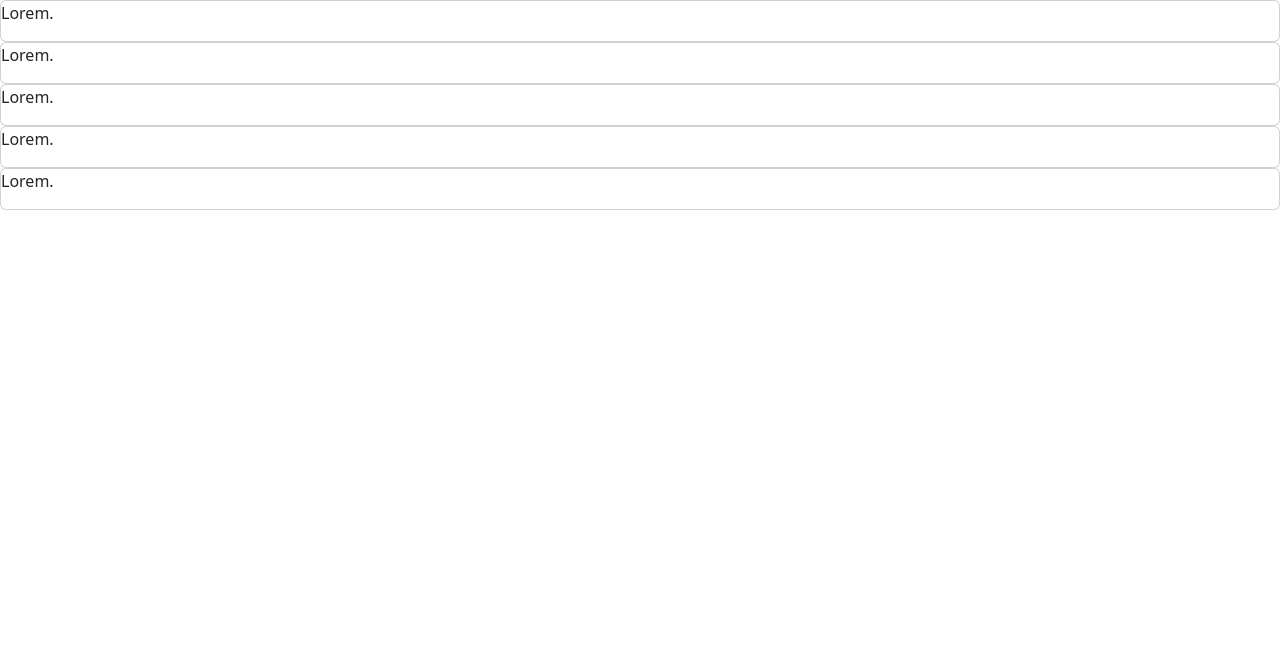
Repository: JJinBBangg/JSP
Page: http://localhost/jsp/ch12/lecture/03forEach/21varStatus.jsp
The author's editor kept a copy of each file at every save. The page is drawn from the files as they stood at one save, then again after the next save.
The browser window is 1280 px wide. The pictures show the whole page.
The page is served by Tomcat 9. Other server files are loaded and not shown.

Above is the page before, as saved 2023-04-05 06:36:13.

### jsp/src/main/webapp/ch12/lecture/03forEach/21varStatus.jsp
<%@ page language="java" contentType="text/html; charset=UTF-8"
    pageEncoding="UTF-8"%>
<%@ page import="java.util.*"%>
<%@ taglib uri="http://java.sun.com/jsp/jstl/core" prefix="c"%>
<!DOCTYPE html>
<html>
<head>
<meta charset="UTF-8">
<meta name="viewport" content="width=device-width, initial-scale=1">
<title>Insert title here</title>
<link href="https://cdn.jsdelivr.net/npm/bootstrap@5.3.0-alpha3/dist/css/bootstrap.min.css" rel="stylesheet" integrity="sha384-KK94CHFLLe+nY2dmCWGMq91rCGa5gtU4mk92HdvYe+M/SXH301p5ILy+dN9+nJOZ" crossorigin="anonymous">
</head>
<body>
	<%

	%>
	<c:forEach begin="1" end="5">
		<div class="card">
			<p>Lorem.</p>
		</div>
	</c:forEach>

<script src="https://cdn.jsdelivr.net/npm/bootstrap@5.3.0-alpha3/dist/js/bootstrap.bundle.min.js" integrity="sha384-ENjdO4Dr2bkBIFxQpeoTz1HIcje39Wm4jDKdf19U8gI4ddQ3GYNS7NTKfAdVQSZe" crossorigin="anonymous"></script>
</body>
</html>

After the next save:
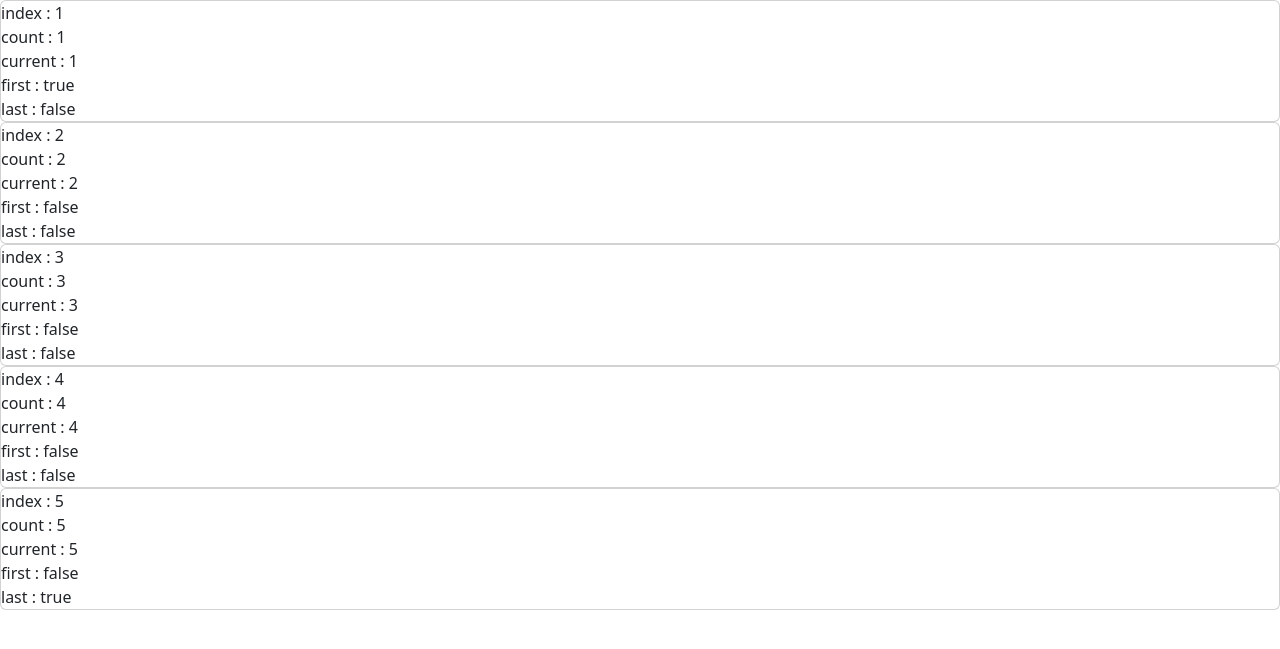
Saved 25 s later.
--- a/jsp/src/main/webapp/ch12/lecture/03forEach/21varStatus.jsp
+++ b/jsp/src/main/webapp/ch12/lecture/03forEach/21varStatus.jsp
@@ -14,9 +14,13 @@
 	<%
 
 	%>
-	<c:forEach begin="1" end="5">
+	<c:forEach begin="1" end="5" varStatus="stat">
 		<div class="card">
-			<p>Lorem.</p>
+			<div>index : ${stat.index }</div>
+			<div>count : ${stat.count }</div>
+			<div>current : ${stat.current }</div>
+			<div>first : ${stat.first }</div>
+			<div>last : ${stat.last }</div>
 		</div>
 	</c:forEach>
 
